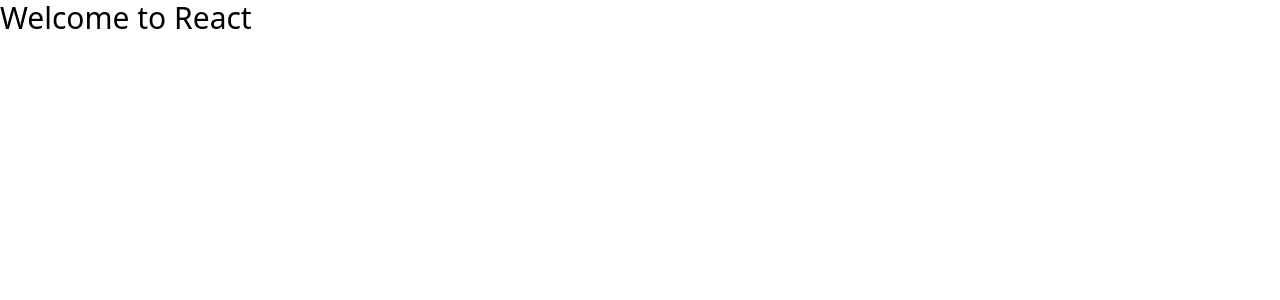
Repository: SaadYasin/react-internationalization
Page: /
The author's editor kept a copy of each file at every save. The page is drawn from the files as they stood at one save, then again after the next save.
The browser window is 1280 px wide. The pictures show the whole page.
The project was rebuilt for these pictures with package versions that can differ from the ones it lists, and the page was loaded fresh each time. Also part of the build but not shown: vite.config.js.

Above is the page before, as saved 2024-07-18 21:29:30.

After the next save:
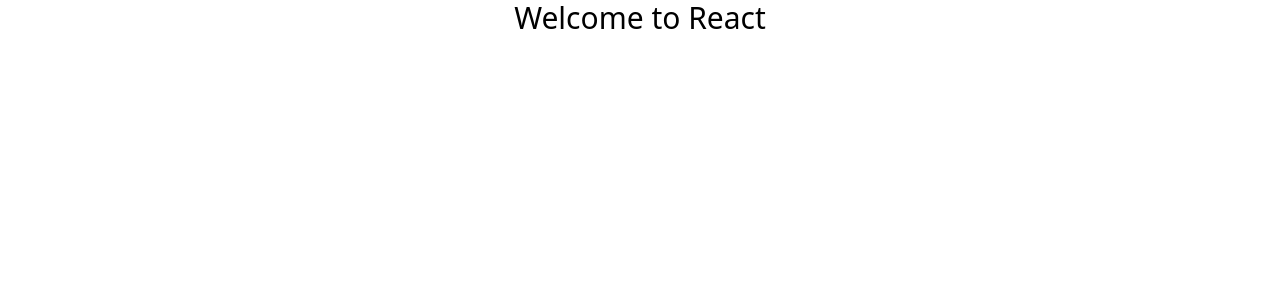
Saved 6 s later.
--- a/src/App.jsx
+++ b/src/App.jsx
@@ -7,7 +7,7 @@
 
   return (
     <>
-      <h2 className="text-3xl ">{t("Welcome to React")}</h2>
+      <h2 className="text-3xl text-center ">{t("Welcome to React")}</h2>
     </>
   )
 }
